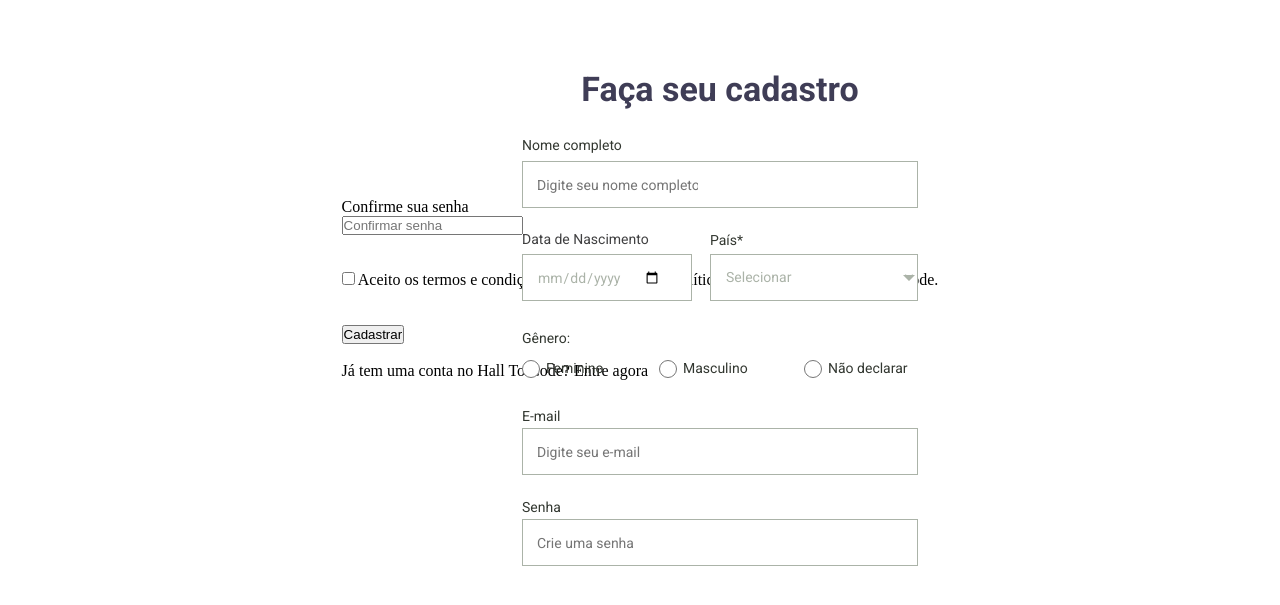
Repository: RenatoCCS/formularios
Page: cadastro.html
The author's editor kept a copy of each file at every save. The page is drawn from the files as they stood at one save, then again after the next save.
The browser window is 1280 px wide. The pictures show the whole page.

Above is the page before, as saved 2023-03-24 17:17:06.

### cadastro.html
<!DOCTYPE html>
<html lang="pt-br">
  <head>
    <meta charset="UTF-8" />
    <meta http-equiv="X-UA-Compatible" content="IE=edge" />
    <meta name="viewport" content="width=device-width, initial-scale=1.0" />
    <link rel="stylesheet" href="style.css" />
    <title>Faça seu cadastro</title>
  </head>

  <body class="container">
    <form action="" class="form__Cadastro">
      <div class="form__Cadastro__Titulo">
        <h1>Faça seu cadastro</h1>
      </div>

      <div class="nome__Cadastro">
        <label class="nome__Cadastro__Nomecompleto" for="name"
          >Nome completo</label
        >

        <input
          class="nome__Cadastro__Campo"
          id="name"
          type="text"
          name="name"
          placeholder="Digite seu nome completo"
        />
      </div>
      <br /><br />

      <div class="data__Cadastro">
        <label class="data__Cadastro__Nascimento" for="date"
          >Data de Nascimento</label
        >
        <br />

        <input
          class="data__Cadastro__Calendario"
          id="date"
          type="date"
          name="date"
          placeholder="dd/mm/aaaa"
        />
      </div>
      <br /><br />

      <div class="pais__Cadastro">
        <label class="pais__Cadastro__Pais" for="options__Cascading"
          >País*</label
        ><br />
        <select
          class="pais__Cadastro__Campo"
          name="opções"
          id="options__Cascading "
        >
          <option>Selecionar</option>
          <option>Brasil</option>
          <option>Argentina</option>
          <option>Chile</option>
          <option>Uruguai</option>
        </select>
        <img
          class="pais__Cadastro__Seta"
          src="./assets/arrow_drop_down.png"
          alt="Icone de seta"
        />
      </div>
      <br /><br />

      <section class="genero__Cadastro">
        <legend class="genero__Cadastro__Titulo">Gênero:</legend>

        <input
          class="genero__Cadastro__Botao1"
          id="option__Button__Feminino"
          type="radio"
          name="botão"
        />
        <label class="genero__Cadastro__Feminino" for="option__Button__Feminino"
          >Feminino</label
        >

        <input
          class="genero__Cadastro__Botao2"
          id="option__Button__Masculino"
          type="radio"
          name="botão"
        />
        <label
          class="genero__Cadastro__Masculino"
          for="option__Button__Masculino"
          >Masculino</label
        >

        <input
          class="genero__Cadastro__Botao3"
          id="option__Button__Naodeclarar"
          type="radio"
          name="botão"
        />
        <label
          class="genero__Cadastro__Naodeclarar"
          for="option__Button__Naodeclarar"
          >Não declarar</label
        >
      </section>
      <br />

      <div class="email__Cadastro">
        <label class="email__Cadastro__Titulo" for="email">E-mail</label>
        <br />
        <input
          class="email__Cadastro__Campo"
          id="email"
          type="email"
          name="email"
          placeholder="Digite seu e-mail"
        />
      </div>
      <br /><br />

      <div class="senha__Cadastro">
        <label class="senha__Cadastro__Titulo" for="password">Senha</label>
        <br />
        <input
          class="senha__Cadastro__Campo"
          id="password"
          type="password"
          name="senha"
          placeholder="Crie uma senha"
        />
      </div>
      <br /><br />

      <div class="confirma__Cadastro">
        <label class="confirma__Cadastro__Titulo" for="confirm__Password"
          >Confirme sua senha</label
        >
        <br />
        <input
          class="confirma__Cadastro__Titulo"
          id="confirm__Password"
          type="password"
          name="confirmar__Senha"
          placeholder="Confirmar senha"
        />
      </div>
      <br /><br />

      <div>
        <input type="checkbox" name="termos" id="term" />
        <label for="term"
          >Aceito os termos e condições e concordo com as políticas de
          privacidade do Hall To Code.</label
        >
      </div>
      <br /><br />

      <button type="submit">Cadastrar</button>
      <br /><br />

      <p>Já tem uma conta no Hall To Code? Entre agora</p>
    </form>
  </body>
</html>

### style.css
@import url('https://fonts.googleapis.com/css2?family= Roboto :wght@400;700 & display=swap');

* {
  margin: 0;
  padding: 0;
}

:root {
  --primeira-cor: #3f3d56;
  --segunda-cor: #323730;
  --terceira-cor: #abb3a8;
  --quarta-cor: #ffffff;
  --quinta-cor: #3f3f40;

  --fonte-primaria: 'Roboto', sans-serif;
}

.container {
  display: flex;
  justify-content: center;
}

.form__Cadastro__Titulo {
  position: absolute;
  width: 302px;
  height: 43px;
  left: 569px;
  top: 68px;
  color: var(--primeira-cor);
  font-family: var(--fonte-primaria);
  font-style: normal;
  font-weight: 700;
  font-size: 17px; /*o indicado é 37px, mas se manter quebra a linha*/
  line-height: 43px;
  text-align: center;
}

.nome__Cadastro {
  position: absolute;
  width: 396px;
  height: 69px;
  top: 139px;
  left: 522px;
}

.nome__Cadastro__Nomecompleto {
  position: absolute;
  width: 100px;
  height: 24px;
  top: -6px;
  left: 0px;
  color: var(--segunda-cor);
  font-family: var(--fonte-primaria);
  font-style: normal;
  font-weight: 400;
  font-size: 14px;
  line-height: 24px;
}

.nome__Cadastro__Campo {
  position: absolute;
  width: 163px;
  height: 24px;
  top: 34px;
  left: 14px;
  color: var(--terceira-cor);
  font-family: var(--fonte-primaria);
  font-style: normal;
  font-weight: 400;
  font-size: 14px;
  line-height: 24px;
  padding: 12px 219px 11px 14px;
}

.nome__Cadastro__Campo {
  box-sizing: border-box;
  border: 1px solid;
  position: absolute;
  width: 396px;
  height: 47px;
  top: 22px;
  left: 0%;
  right: 0%;
  top: 31, 88%;
  bottom: 0%;
  color: var(--terceira-cor);
  background-color: var(--quarta-cor);
}

.data__Cadastro {
  position: absolute;
  width: 170px;
  height: 74px;
  left: 522px;
  top: 232px;
}

.data__Cadastro__Nascimento {
  position: absolute;
  width: 127px;
  height: 18px;
  top: -2px;
  left: 0px;
  color: var(--quinta-cor);
  font-family: var(--fonte-primaria);
  font-style: normal;
  font-weight: 400;
  font-size: 14px;
  line-height: 24px;
  display: flex;
  align-items: center;
}

.data__Cadastro__Calendario {
  position: absolute;
  width: 83px;
  height: 24px;
  top: 12px;
  left: 14px;
  color: var(--terceira-cor);
  font-family: var(--fonte-primaria);
  font-style: normal;
  font-weight: 400;
  font-size: 14px;
  line-height: 24px;
  display: flex;
  align-items: center;
  padding: 12px 73px 11px 14px;
}

.data__Cadastro__Calendario {
  box-sizing: border-box;
  border: 1px solid;
  position: absolute;
  width: 170px;
  height: 47px;
  top: 22px;
  left: 0%;
  right: 0%;
  top: 31, 88%;
  bottom: 0%;
  color: var(--terceira-cor);
  background-color: var(--quarta-cor);
}

.pais__Cadastro {
  position: absolute;
  width: 208px;
  height: 69px;
  top: 230px;
  left: 710px;
}

.pais__Cadastro__Pais {
  position: absolute;
  width: 34px;
  height: 15px;
  top: -2px;
  left: 0px;
  color: var(--segunda-cor);
  font-family: var(--fonte-primaria);
  font-style: normal;
  font-weight: 400;
  font-size: 14px;
  line-height: 24px;
}

.pais__Cadastro__Campo {
  position: absolute;
  width: 66px;
  height: 24px;
  top: 34px;
  left: 14px;
  color: var(--terceira-cor);
  font-family: var(--fonte-primaria);
  font-style: normal;
  font-weight: 400;
  font-size: 14px;
  line-height: 24px;
  padding: 12px 11px 14px;
}

.pais__Cadastro__Campo {
  box-sizing: border-box;
  border: 1px solid;
  position: absolute;
  width: 208px;
  height: 47px;
  top: 24px;
  left: 0%;
  right: 0%;
  top: 31, 88%;
  bottom: 0%;
  color: var(--terceira-cor);
  background-color: var(--quarta-cor);
}

.pais__Cadastro__Campo option {
  position: absolute;
  color: var(--segunda-cor);
  font-family: var(--fonte-primaria);
  font-style: normal;
  font-weight: 400;
  font-size: 14px;
  line-height: 16px;
}

.pais__Cadastro__Seta {
  position: absolute;
  width: 12px;
  height: 6px;
  top: 45px;
  left: 193px;
}

.genero__Cadastro {
  position: absolute;
  width: 386px;
  height: 50px;
  top: 328px;
  left: 522px;
}

.genero__Cadastro__Titulo {
  position: absolute;
  width: 49px;
  height: 24px;
  top: -2px;
  left: 0px;
  color: var(--segunda-cor);
  font-family: var(--fonte-primaria);
  font-style: normal;
  font-weight: 400;
  font-size: 14px;
  line-height: 24px;
}

.genero__Cadastro__Botao1 {
  position: absolute;
  box-sizing: border-box;
  width: 18px;
  height: 18px;
  top: 32px;
  left: 0px;
}

.genero__Cadastro__Feminino {
  position: absolute;
  width: 58px;
  height: 16px;
  top: 32px;
  left: 24px;
  color: var(--segunda-cor);
  font-family: var(--fonte-primaria);
  font-style: normal;
  font-weight: 400;
  font-size: 14px;
  line-height: 16px;
}

.genero__Cadastro__Botao2 {
  position: absolute;
  box-sizing: border-box;
  width: 18px;
  height: 18px;
  top: 32px;
  left: 137px;
}

.genero__Cadastro__Masculino {
  position: absolute;
  width: 65px;
  height: 16px;
  top: 32px;
  left: 161px;
  color: var(--segunda-cor);
  font-family: var(--fonte-primaria);
  font-style: normal;
  font-weight: 400;
  font-size: 14px;
  line-height: 16px;
}

.genero__Cadastro__Botao3 {
  position: absolute;
  box-sizing: border-box;
  width: 18px;
  height: 18px;
  top: 32px;
  left: 282px;
}

.genero__Cadastro__Naodeclarar {
  position: absolute;
  width: 81px;
  height: 16px;
  top: 32px;
  left: 306px;
  color: var(--segunda-cor);
  font-family: var(--fonte-primaria);
  font-style: normal;
  font-weight: 400;
  font-size: 14px;
  line-height: 16px;
}

.email__Cadastro {
  position: absolute;
  width: 396px;
  height: 69px;
  top: 406px;
  left: 522px;
}

.email__Cadastro__Titulo {
  position: absolute;
  width: 40px;
  height: 24px;
  top: -2px;
  left: 0px;
  color: var(--segunda-cor);
  font-family: var(--fonte-primaria);
  font-style: normal;
  font-weight: 400;
  font-size: 14px;
  line-height: 24px;
}

.email__Cadastro__Campo {
  position: absolute;
  width: 104px;
  height: 24px;
  top: 34px;
  left: 14px;
  color: var(--terceira-cor);
  font-family: var(--fonte-primaria);
  font-style: normal;
  font-weight: 400;
  font-size: 14px;
  line-height: 24px;
  padding: 12px 270px 11px 14px;
}

.email__Cadastro__Campo {
  box-sizing: border-box;
  border: 1px solid;
  position: absolute;
  width: 396px;
  height: 47px;
  top: 22px;
  left: 0%;
  right: 0%;
  top: 31, 88%;
  bottom: 0%;
  color: var(--terceira-cor);
  background-color: var(--quarta-cor);
}

.senha__Cadastro {
  position: absolute;
  width: 396px;
  height: 75px;
  top: 497px;
  left: 522px;
}

.senha__Cadastro__Titulo {
  position: absolute;
  width: 39px;
  height: 24px;
  top: -2px;
  left: 0px;
  color: var(--segunda-cor);
  font-family: var(--fonte-primaria);
  font-style: normal;
  font-weight: 400;
  font-size: 14px;
  line-height: 24px;
}

.senha__Cadastro__Campo {
  position: absolute;
  width: 97px;
  height: 24px;
  top: 34px;
  left: 14px;
  color: var(--terceira-cor);
  font-family: var(--fonte-primaria);
  font-style: normal;
  font-weight: 400;
  font-size: 14px;
  line-height: 24px;
  padding: 12px 278px 11px 14px;
}

.senha__Cadastro__Campo {
  box-sizing: border-box;
  border: 1px solid;
  position: absolute;
  width: 396px;
  height: 47px;
  top: 22px;
  left: 0%;
  right: 0%;
  top: 31, 88%;
  bottom: 0%;
  color: var(--terceira-cor);
  background-color: var(--quarta-cor);
}

.senha__Cadastro {
  position: absolute;
  width: 396px;
  height: 75px;
  top: 497px;
  left: 522px;
}

.senha__Cadastro__Titulo {
  position: absolute;
  width: 39px;
  height: 24px;
  top: -2px;
  left: 0px;
  color: var(--segunda-cor);
  font-family: var(--fonte-primaria);
  font-style: normal;
  font-weight: 400;
  font-size: 14px;
  line-height: 24px;
}

.senha__Cadastro__Campo {
  position: absolute;
  width: 97px;
  height: 24px;
  top: 34px;
  left: 14px;
  color: var(--terceira-cor);
  font-family: var(--fonte-primaria);
  font-style: normal;
  font-weight: 400;
  font-size: 14px;
  line-height: 24px;
  padding: 12px 278px 11px 14px;
}

.senha__Cadastro__Campo {
  box-sizing: border-box;
  border: 1px solid;
  position: absolute;
  width: 396px;
  height: 47px;
  top: 22px;
  left: 0%;
  right: 0%;
  top: 31, 88%;
  bottom: 0%;
  color: var(--terceira-cor);
  background-color: var(--quarta-cor);
}

After the next save:
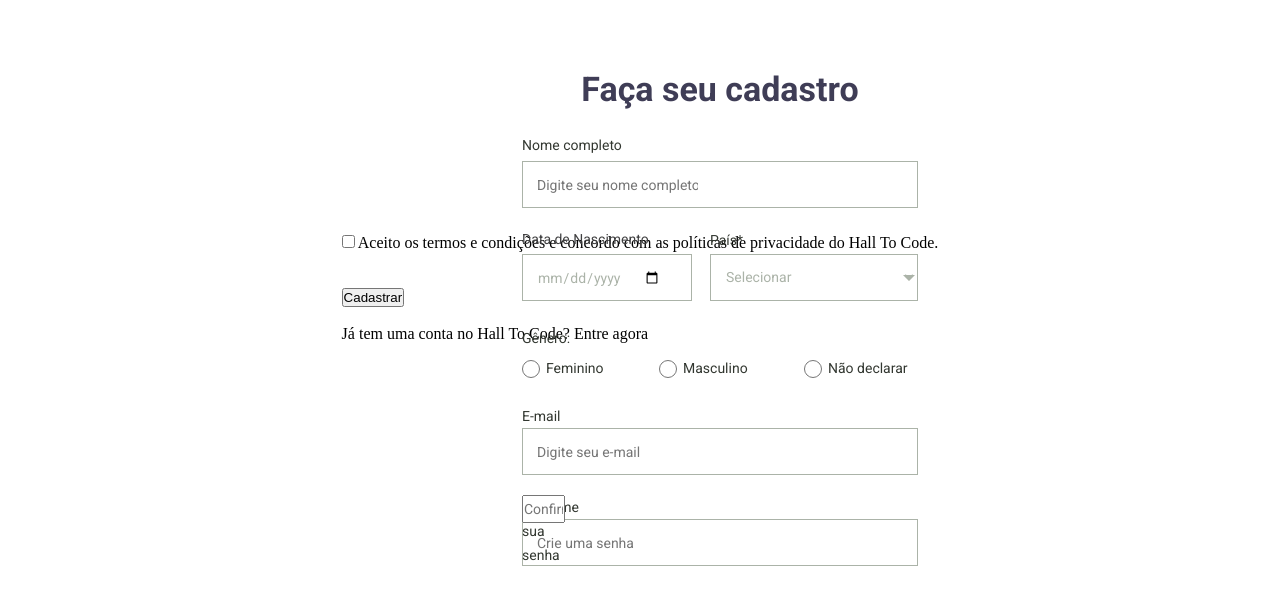
Saved 46 s later.
--- a/style.css
+++ b/style.css
@@ -408,7 +408,7 @@
   background-color: var(--quarta-cor);
 }
 
-.senha__Cadastro {
+.confirma__Cadastro {
   position: absolute;
   width: 396px;
   height: 75px;
@@ -416,7 +416,7 @@
   left: 522px;
 }
 
-.senha__Cadastro__Titulo {
+.confirma__Cadastro__Titulo {
   position: absolute;
   width: 39px;
   height: 24px;
@@ -430,7 +430,7 @@
   line-height: 24px;
 }
 
-.senha__Cadastro__Campo {
+.confirma__Cadastro__Campo {
   position: absolute;
   width: 97px;
   height: 24px;
@@ -445,7 +445,7 @@
   padding: 12px 278px 11px 14px;
 }
 
-.senha__Cadastro__Campo {
+.confirma__Cadastro__Campo {
   box-sizing: border-box;
   border: 1px solid;
   position: absolute;
